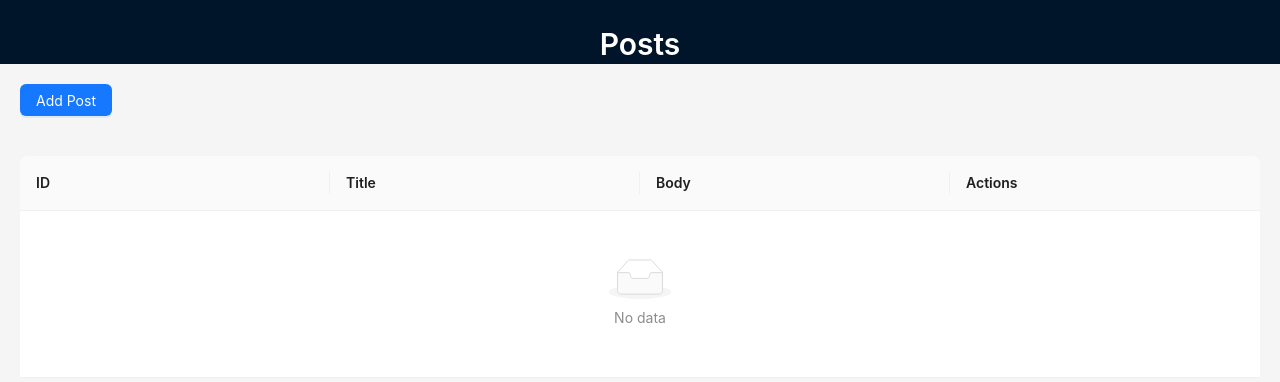
Repository: yasserrrz/Denamo-posts
Page: /
The author's editor kept a copy of each file at every save. The page is drawn from the files as they stood at one save, then again after a run of saves.
The browser window is 1280 px wide. The pictures show the whole page.
The page's requests for data from a server got no answer. The project was rebuilt for these pictures with package versions that can differ from the ones it lists, and the page was loaded fresh each time. No one was signed in, and anything a server would have sent is missing. Also part of the build but not shown: src/components/PostForm.tsx.

Above is the page before, as saved 2024-11-28 11:33:15.

### src/App.tsx
import React, { useState } from 'react';
import { Button, Layout, Modal, Typography } from 'antd';
import DataTable from './components/DataTable';
// import AddPostForm from './components/AddPostForm';
import './App.css';
import PostForm from './components/PostForm';
const { Header, Content } = Layout;
const { Title } = Typography;

const App: React.FC = () => {
  const [isModalOpen, setIsModalOpen] = useState(false);
  return (<>
    <Layout style={{ minHeight: '100vh' }}>
      <Header style={{ color: 'white', textAlign: 'center' }}>
        <Title level={2} style={{ color: 'white' }}>
          Posts
        </Title>
      </Header>

      <Content style={{ padding: '20px' }}>
         <div style={{ marginBottom: '20px' , display: 'flex', justifyContent: 'space-between' }}>
         <Button onClick={()=>{setIsModalOpen(true)}} type="primary">Add Post</Button>
         </div>
        <div style={{ marginTop: '40px' }}>
          <DataTable />
        </div>
      </Content>
    </Layout>
    <Modal open={isModalOpen} title="Add New Post" centered width={800} onCancel={() => setIsModalOpen(false)} footer={null}>
      <PostForm />
    </Modal>
  </>
  );
};

export default App;

### src/components/DataTable.tsx
import React, { useEffect, useState } from 'react';
import { Table, Button, Modal, Form, Input, notification } from 'antd';
import axios from 'axios';
import { Post } from '../types/Post';

const DataTable: React.FC = () => {
  const [posts, setPosts] = useState<Post[]>([]);
  const [loading, setLoading] = useState<boolean>(true);
  const [editingPost, setEditingPost] = useState<Post | null>(null);
  const [isModalOpen, setIsModalOpen] = useState<boolean>(false);
  const [deleteModalOpen, setDeleteModalOpen] = useState<boolean>(false);

  useEffect(() => {
    const fetchData = async () => {
      setLoading(true);
      try {
        const response = await axios.get<Post[]>('https://jsonplaceholder.typicode.com/posts');
        setPosts(response.data);
      } catch (error) {
        console.log(error);
      } finally {
        setLoading(false);
      }
    };

    fetchData();
  }, []);

  const handleEdit = (post: Post) => {
    setEditingPost(post);
    setIsModalOpen(true);
  };

  const handleUpdatePost = async (values: Omit<Post, 'id'>) => {
    if (!editingPost) return;

    try {
      const response = await axios.put<Post>(
        `https://jsonplaceholder.typicode.com/posts/${editingPost.id}`,
        values
      );
      setPosts((prev) =>
        prev.map((post) => (post.id === editingPost.id ? { ...post, ...response.data } : post))
      );
      notification.success({
        message: 'Post Updated',
        description: `Post with ID ${editingPost.id} was updated successfully.`,
      });
    } catch (error) {
      notification.error({
        message: 'Error',
        description: 'Failed to update the post.',
      });
    } finally {
      setIsModalOpen(false);
      setEditingPost(null);
    }
  };

  const handleDelete = async (id: number) => {
    try {
      await axios.delete(`https://jsonplaceholder.typicode.com/posts/${id}`);
      setPosts((prev) => prev.filter((post) => post.id !== id));
      notification.success({
        message: 'Post Deleted',
        description: `Post with ID ${id} was deleted successfully.`,
      });
    } catch (error) {
      notification.error({
        message: 'Error',
        description: 'Failed to delete the post.',
      });
    }
    setDeleteModalOpen(false);
  };

  const columns = [
    {
      title: 'ID',
      dataIndex: 'id',
      key: 'id',
    },
    {
      title: 'Title',
      dataIndex: 'title',
      key: 'title',
    },
    {
      title: 'Body',
      dataIndex: 'body',
      key: 'body',
    },
    {
      title: 'Actions',
      key: 'actions',
      render: (text: any, record: Post) => (
        <div style={{ display: 'flex', gap: '10px', justifyContent: 'center' }}>
          <Button type="link" onClick={() => handleEdit(record)}>
            Edit
          </Button>
          <Button type="link" danger onClick={() => {
            setEditingPost(record);
            setDeleteModalOpen(true);
          }}>
            Delete
          </Button>
        </div>
      ),
    },
  ];

  return (
    <>
      <Table
        dataSource={posts}
        columns={columns}
        rowKey="id"
        loading={loading}
        scroll={{ y: "calc(100vh - 250px)",  x: 700}}
        pagination={{ pageSize: 10 }}
      />

      {/* Edit Modal */}
      <Modal
        title="Edit Post"
        open={isModalOpen}
        onCancel={() => setIsModalOpen(false)}
        footer={null}
        style={{maxWidth: 800}}
        centered
      >
        <Form
          initialValues={{ title: editingPost?.title, body: editingPost?.body }}
          onFinish={handleUpdatePost}
          layout="vertical"
        >
          <Form.Item
            name="title"
            label="Title"
            rules={[{ required: true, message: 'Please input the title!' }]}

          >
            <Input placeholder="Enter post title" />
          </Form.Item>
          <Form.Item
            name="body"
            label="Body"
            rules={[{ required: true, message: 'Please input the body!' }]}
          >
            <Input.TextArea rows={4} placeholder="Enter post body" />
          </Form.Item>
          <Form.Item style={{ textAlign: 'center' , display: 'flex', justifyContent: 'flex-end' }}>
            <Button type="default"  htmlType="submit">
              Update Post
            </Button>
          </Form.Item>
        </Form>
      </Modal>

      {/* Delete Modal */}
      <Modal
        title="Delete Post"
        open={deleteModalOpen}
        onCancel={() => setDeleteModalOpen(false)}
        footer={null}
        style={{ maxWidth: 500 }}
        centered
      >
        <p>Are you sure you want to delete this post?</p>
        <div style={{ display: 'flex', gap: '10px', justifyContent: "flex-end" }}>
          <button className='delete-btn' onClick={() => handleDelete(editingPost?.id || 0)}>
            Yes
          </button>
          <button  className='cancel' onClick={() => setDeleteModalOpen(false)}>No</button>
        </div>
      </Modal>
    </>
  );
};

export default DataTable;

### src/App.css
.cancel{
  color: #000000e0;
  background-color: #fff;
  border: 1px solid #000000e0;
  border-radius: 8px;
  padding: 8px 15px;
  cursor: pointer;
  transition: all 0.15s ease-in-out;
}

.cancel:hover{
  background-color: #000000e0;
  color: #fff;
}

.delete-btn{
  color: #fff;
  background-color: #ff4d4f;
  border: 1px solid #ff4d4f;
  border-radius: 8px;
  padding: 8px 15px;
  cursor: pointer;
  transition: all 0.15s ease-in-out;
}

.delete-btn:hover{
  background-color: #fff;
  color: #ff4d4f;
  border: 1px solid #ff4d4f;
}

.ant-table-body {
  scrollbar-width: thin;
  scrollbar-color: #888 #f5f5f5;
}

Loaded but not shown: public/index.html (common file); src/index.tsx (common file); src/index.css (common file); src/reportWebVitals.ts (common file)

After the next 5 saves:
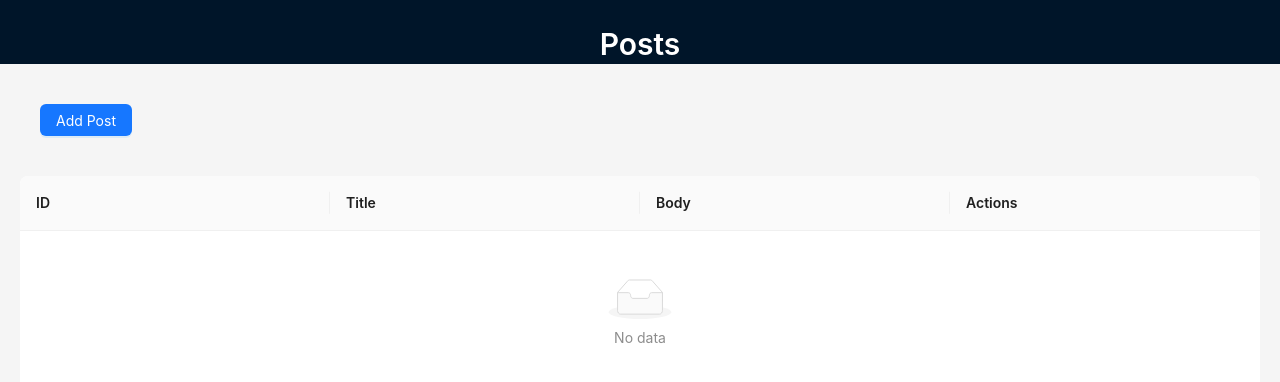
The 5 saves are shown as one change because they came seconds apart.
The last was saved 42 s later.
--- a/src/App.tsx
+++ b/src/App.tsx
@@ -18,7 +18,7 @@ const App: React.FC = () => {
       </Header>
 
       <Content style={{ padding: '20px' }}>
-         <div style={{ marginBottom: '20px' , display: 'flex', justifyContent: 'space-between' }}>
+         <div style={{margin: '20px ' , display: 'flex', justifyContent: 'space-between' }}>
          <Button onClick={()=>{setIsModalOpen(true)}} type="primary">Add Post</Button>
          </div>
         <div style={{ marginTop: '40px' }}>
